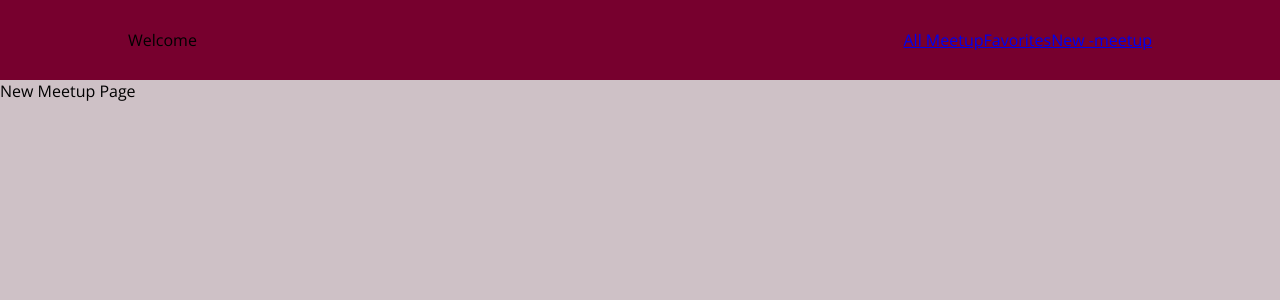
Repository: WaiMaungMaung/second
Page: /new-meetup
The author's editor kept a copy of each file at every save. The page is drawn from the files as they stood at one save, then again after the next save.
The browser window is 1280 px wide. The pictures show the whole page.
The project was rebuilt for these pictures with package versions that can differ from the ones it lists, and the page was loaded fresh each time. A package was used in the major version that the imports need, not the one package.json lists. Also part of the build but not shown: src/pages/AllMeetups.js. Imported but missing from the stored project, and not drawn on this page: src/components/meetups/MeetupList, src/pages/Favorites.

Above is the page before, as saved 2022-04-19 13:20:31.

After the next save:
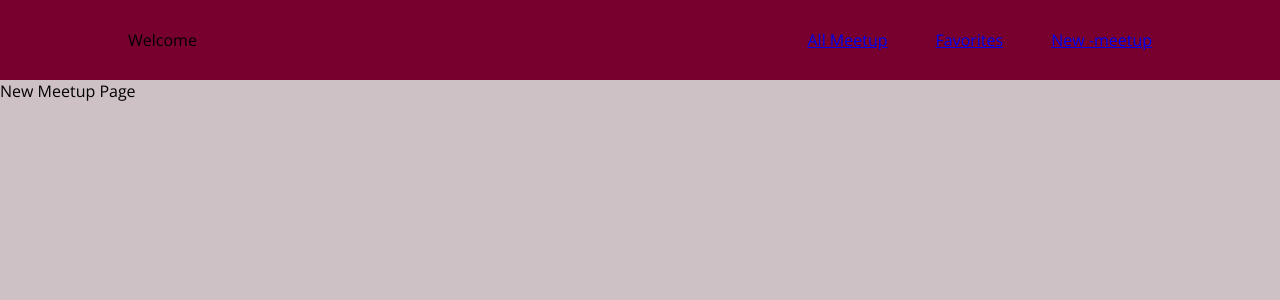
Saved 5 s later.
--- a/src/components/layout/MainNavigation.module.css
+++ b/src/components/layout/MainNavigation.module.css
@@ -22,7 +22,7 @@ header ul {
   align-items: baseline;
 }
 
-.header li {
+header li {
   margin-left: 3rem;
 }
 
